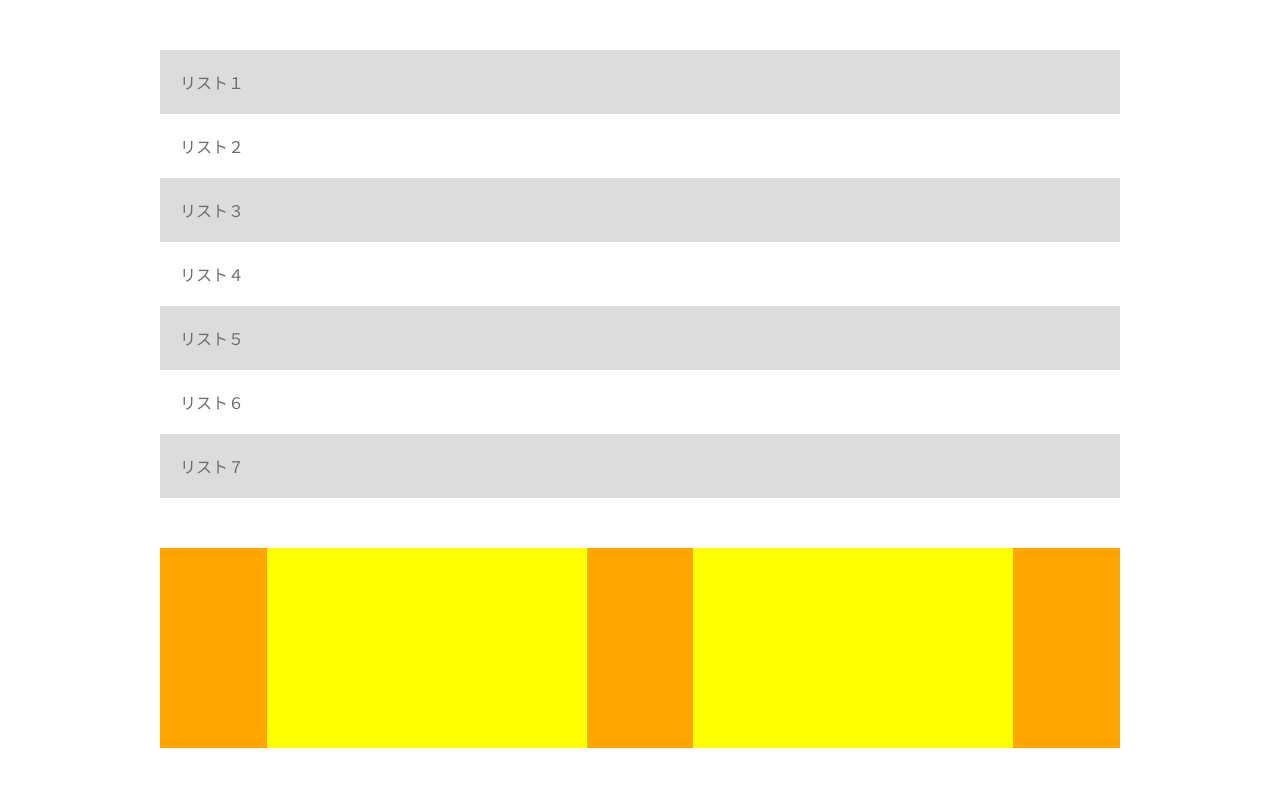
Repository: kiruha313/DWC
Page: exersise8/index.html
The author's editor kept a record of every edit. The page is drawn from the files as they stood at one moment, then again after the next edit.
The browser window is 1280 px wide. The pictures show the whole page.

Above is the page before.

### exersise8/index.html
<!DOCTYPE html>
<html lang="ja">
  <head>
    <meta charset="UTF-8" />
    <link rel="stylesheet" href="style.css" />
    <title>8</title>
  </head>


  <body class="list-box">

    <div class="list-item">
      <div class="list">リスト１</div>
      <div class="list">リスト２</div>
      <div class="list">リスト３</div>
      <div class="list">リスト４</div>
      <div class="list">リスト５</div>
      <div class="list">リスト６</div>
      <div class="list">リスト７</div>
    </div>

    <div class="color-contents">
      <div class="color-box"></div>
      <div class="color-box"></div>
      <div class="color-box"></div>
      <div class="color-box"></div>
      <div class="color-box"></div>
      <div class="color-box"></div>
      <div class="color-box"></div>
      <div class="color-box"></div>
      <div class="color-box"></div>
    </div>

  </body>
</html>

### exersise8/style.css
* {
  margin: 0;
  padding: 0;
  box-sizing: border-box;
  color: #6c6b6b;
}

.list-box {
  width: 960px;
  padding-top: 50px;
  padding-bottom: 50px;
  margin: 0 auto;
}

.list {
  padding: 20px;
}

.list:nth-child(odd) {
  background-color: #dcdcdc;
}

.color-contents {
  padding-top: 50px;
  display: flex;
  justify-content: flex;
}

.color-box:nth-child(1) {
  width: 30%;
  height: 200px;
  background-color: orange;
}

.color-box:nth-child(2) {
  width: 30%;
  height: 200px;
  background-color: yellow;
}

.color-box:nth-child(3) {
  width: 30%;
  height: 200px;
  background-color: yellow;
}

.color-box:nth-child(4) {
  width: 30%;
  height: 200px;
  background-color: yellow;
}

.color-box:nth-child(5) {
  width: 30%;
  height: 200px;
  background-color: orange;
}

.color-box:nth-child(6) {
  width: 30%;
  height: 200px;
  background-color: yellow;
}

.color-box:nth-child(7) {
  width: 30%;
  height: 200px;
  background-color: yellow;
}

.color-box:nth-child(8) {
  width: 30%;
  height: 200px;
  background-color: yellow;
}

.color-box:nth-child(9) {
  width: 30%;
  height: 200px;
  background-color: orange;
}

After the next edit:
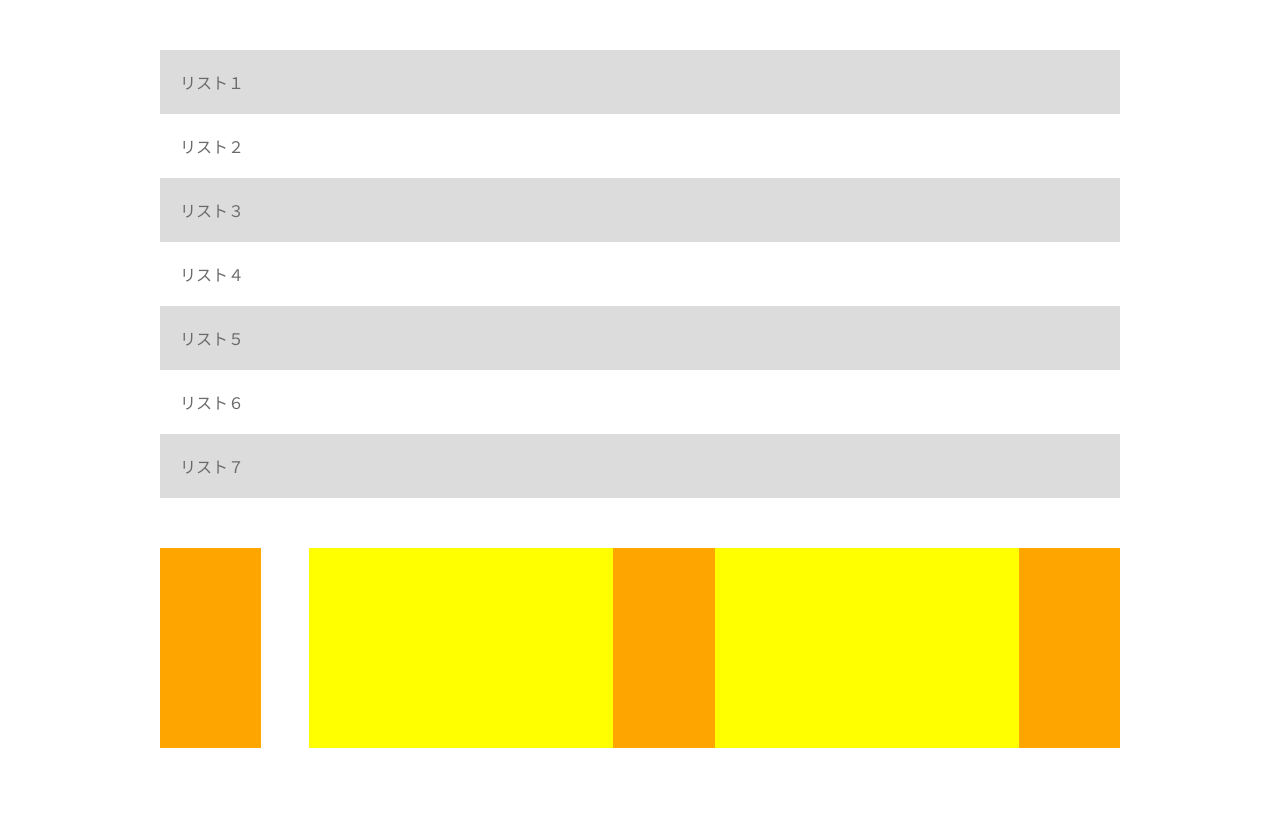
The edit:
--- a/exersise8/style.css
+++ b/exersise8/style.css
@@ -30,6 +30,8 @@
   width: 30%;
   height: 200px;
   background-color: orange;
+  margin-bottom: 40px;
+  margin-right: 5%;
 }
 
 .color-box:nth-child(2) {
